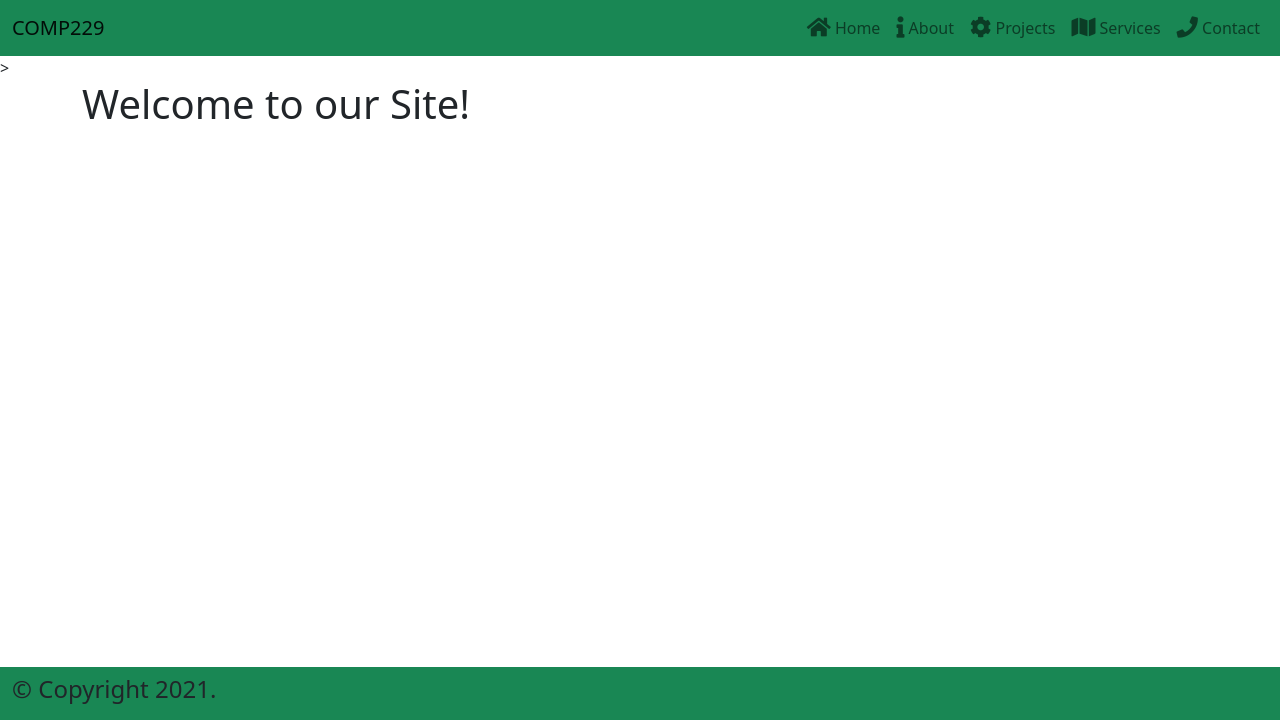
Repository: Mostafa-Asaad/Portfolio
Page: http://localhost/
These files come from the project's save history. The page is drawn as it stood at one moment and after the next save; the edit follows.
The browser window is 1280 px wide. The pictures show the whole page.
The page is served by the project's Node server (index.js).

Above is the page before, as saved 2021-06-04 16:40:47.

After the next save:
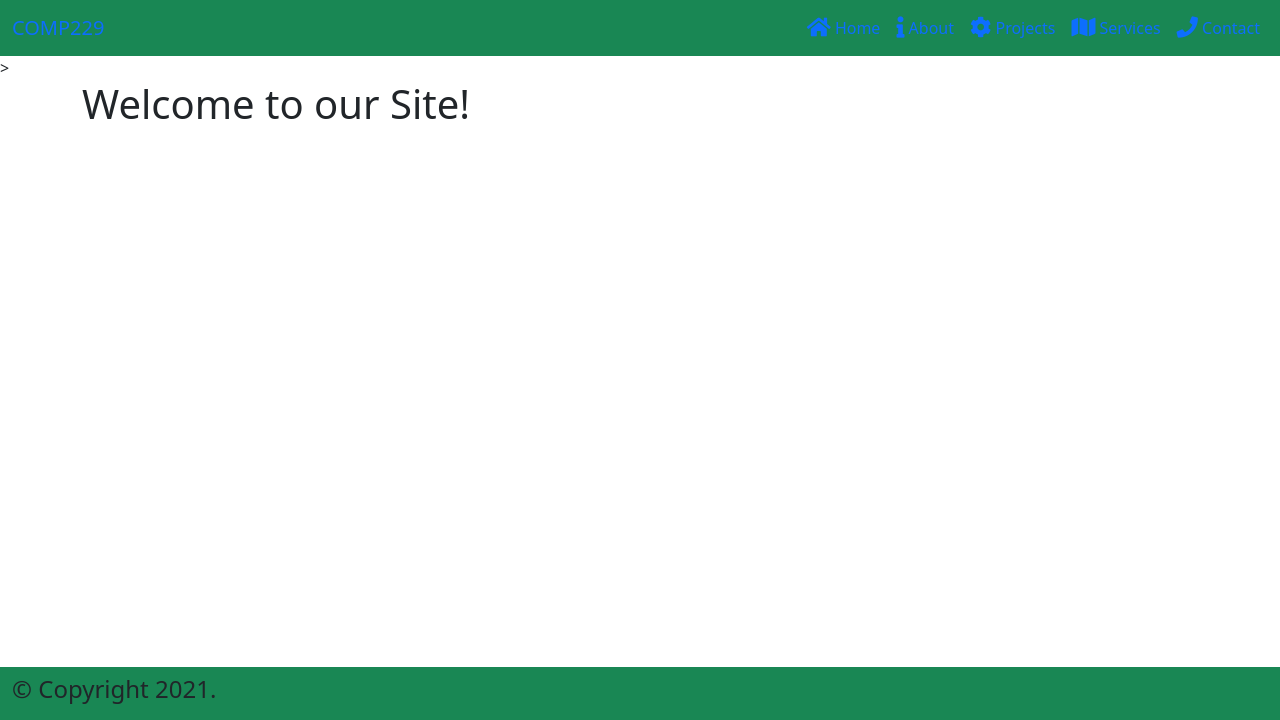
Saved 16 s later.
--- a/Server/Views/components/header.ejs
+++ b/Server/Views/components/header.ejs
@@ -1,4 +1,4 @@
-<nav class="navbar navbar-expand-lg navbar-light bg-success">
+<nav class="navbar navbar-expand-lg navbar-success bg-success">
     <div class="container-fluid">
       <a class="navbar-brand" href="#">COMP229</a>
       <button class="navbar-toggler" type="button" data-bs-toggle="collapse" data-bs-target="#navbarSupportedContent" aria-controls="navbarSupportedContent" aria-expanded="false" aria-label="Toggle navigation">

After the save that followed:
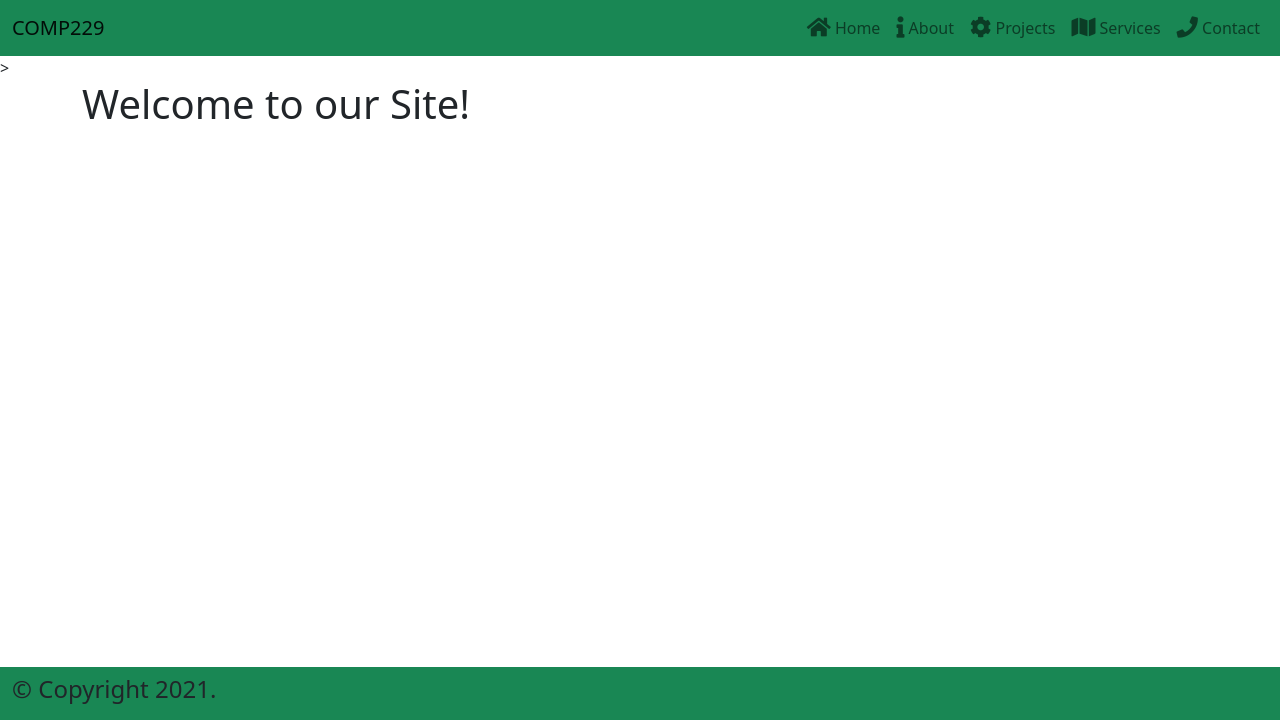
Saved 7 s later.
--- a/Server/Views/components/header.ejs
+++ b/Server/Views/components/header.ejs
@@ -1,4 +1,4 @@
-<nav class="navbar navbar-expand-lg navbar-success bg-success">
+<nav class="navbar navbar-expand-lg navbar-light bg-success">
     <div class="container-fluid">
       <a class="navbar-brand" href="#">COMP229</a>
       <button class="navbar-toggler" type="button" data-bs-toggle="collapse" data-bs-target="#navbarSupportedContent" aria-controls="navbarSupportedContent" aria-expanded="false" aria-label="Toggle navigation">
